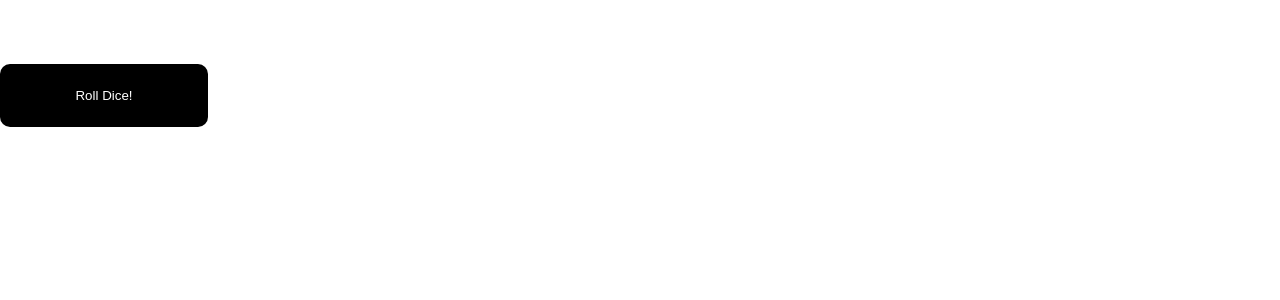
Repository: zhapar/dice
Page: /
An editor plug-in stored every save of this project. The page is shown before and after the next save, followed by the edit.
The browser window is 1280 px wide. The pictures show the whole page.
The project was rebuilt for these pictures with package versions that can differ from the ones it lists, and the page was loaded fresh each time.

Above is the page before, as saved 2020-08-21 18:23:37.

After the next save:
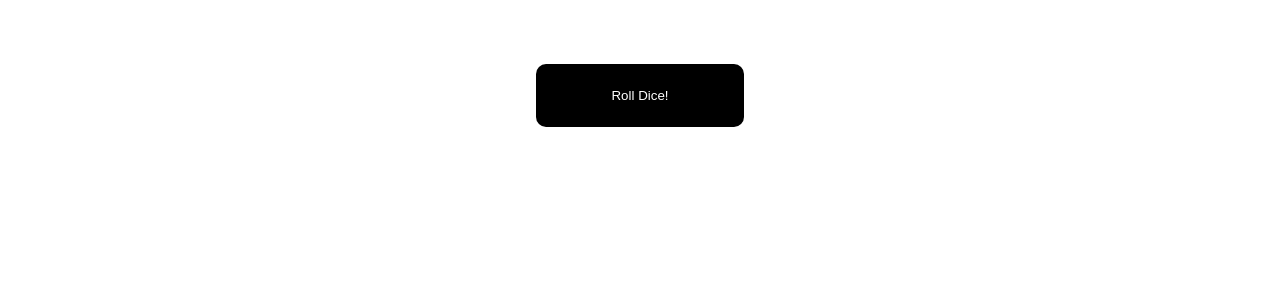
Saved 21 s later.
--- a/src/RollDice.css
+++ b/src/RollDice.css
@@ -11,6 +11,7 @@
 }
 
 .RollDice button {
+  align-self: center;
   width: 13rem;
   border: none;
   border-radius: 10px;
